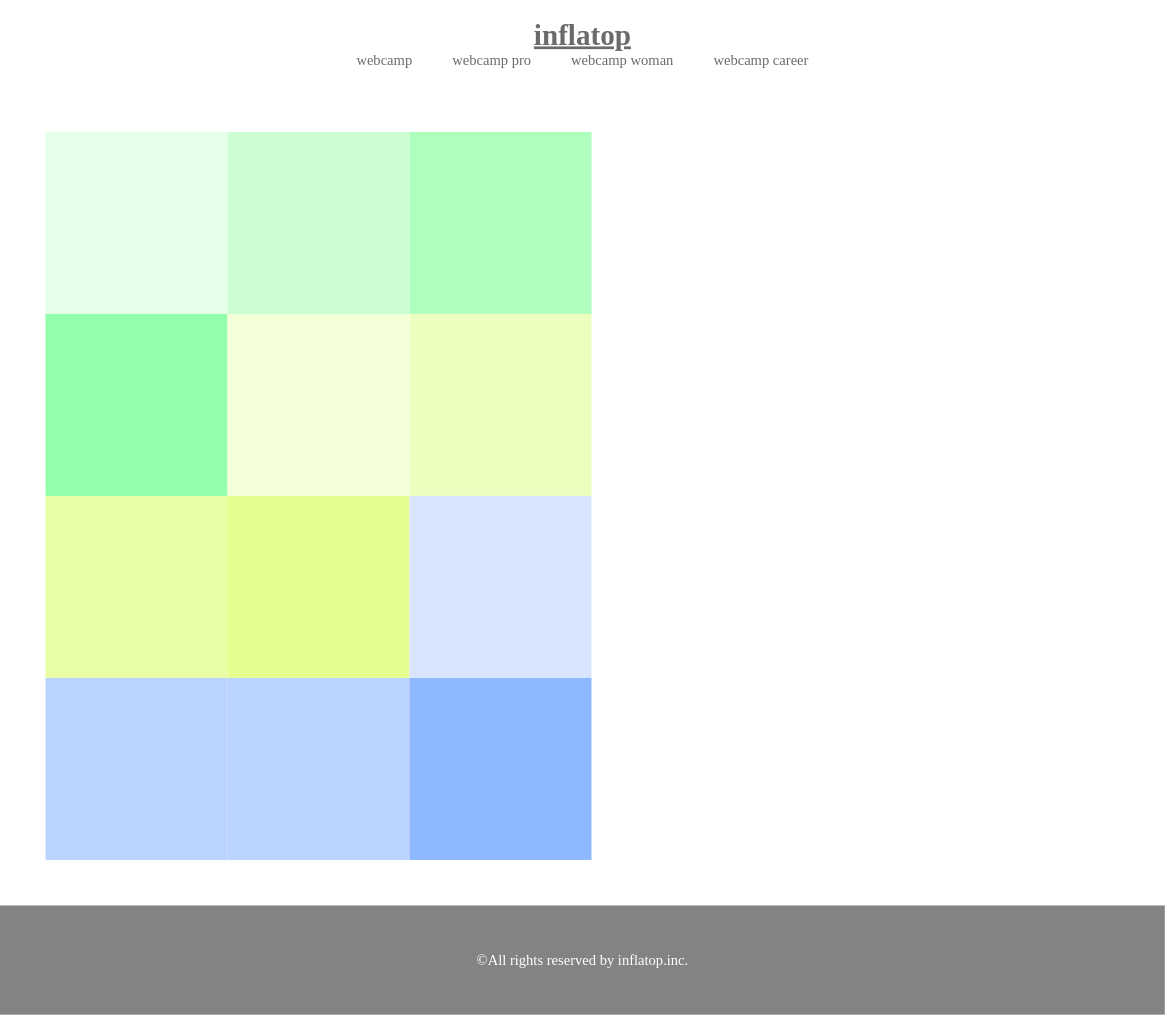
Repository: sunny0105yoko/bookers2-debug
Page: excise5/index.html
The author's editor kept a record of every edit. The page is drawn from the files as they stood at one moment, then again after the next edit.
The browser window is 1280 px wide. The pictures show the whole page, at 91% of full size.

Above is the page before.

### excise5/index.html
<!DOCTYPE html><!DOCTYPE html>
<html lang="ja">
  <head>
    <meta charset="UTF-8" />
    <link rel="stylesheet" href="style.css" />
    <title>Excise5</title>
  </head>

  <header>
    <h1 class="heading">
      <a href="https://web-camp.online/lesson/curriculums/283/contents/2682">
        inflatop
      </a>
    </h1>
    <nav>
      <ul class="nav-list">
        <li class="nav-list-item">webcamp</li>
        <li class="nav-list-item">webcamp pro</li>
        <li class="nav-list-item">webcamp woman</li>
        <li class="nav-list-item">webcamp career</li>
      </ul>
    </nav>
  </header>

  <body>
    <div class="flex">
     <div class="flex-box1"></div>
     <div class="flex-box2"></div>
     <div class="flex-box3"></div>
     <div class="flex-box4"></div>
     <div class="flex-box5"></div>
     <div class="flex-box6"></div>
     <div class="flex-box7"></div>
     <div class="flex-box8"></div>
     <div class="flex-box9"></div>
     <div class="flex-box10"></div>
     <div class="flex-box11"></div>
     <div class="flex-box12"></div>
    </div>

    <footer>
      <p class="footer-text">
        ©All rights reserved by inflatop.inc.
      </p>
    </footer>
  </body>
</html>

### excise5/style.css
*{
  margin:0;
  padding: 0;
  box-sizing:border-box;
  color: #6c6b6b;
}

header{
  width: 100%;
  padding-top: 20px;
  padding-bottom: 20px;
  margin:0 auto;
  text-align: center;
}

.nav-list{
  text-align: center;
  padding 15px 0;
}
.nav-list-item{
  list-style: none;
  display:inline-block;
  padding: 0 20px;
}

.flex{
  display: flex;
  flex-wrap: wrap;
  width: 800px;
  padding:50px;
}

.flex-box1{
  background-color: #e6ffe9;
  width: 200px;
  height: 200px;
}
.flex-box2{
  background-color: #cbffd3;
  width: 200px;
  height: 200px;
}
.flex-box3{
  background-color: #aeffbd;
  width: 200px;
  height: 200px;
}
.flex-box4{
  background-color: #93ffab;
  width: 200px;
  height: 200px;
}
.flex-box5{
  background-color: #f3ffd8;
  width: 200px;
  height: 200px;
}
.flex-box6{
  background-color: #edffbe;
  width: 200px;
  height: 200px;
}
.flex-box7{
  background-color: #e9ffa5;
  width: 200px;
  height: 200px;
}
.flex-box8{
  background-color: #e4ff8d;
  width: 200px;
  height: 200px;
}
.flex-box9{
  background-color: #d9e5ff;
  width: 200px;
  height: 200px;
}
.flex-box10{
  background-color: #bad3ff;
  width: 200px;
  height: 200px;
}
.flex-box11{
  background-color: #bad3ff;
  width: 200px;
  height: 200px;
}
.flex-box12{
  background-color: #8eb8ff;
  width: 200px;
  height: 200px;
}

footer{
  width: 100%;
  height: 120px;
  text-align: center;
  line-height: 120px;
  background-color: #848282;
}
.footer-text {
  color: #fff;
}

After the next edit:
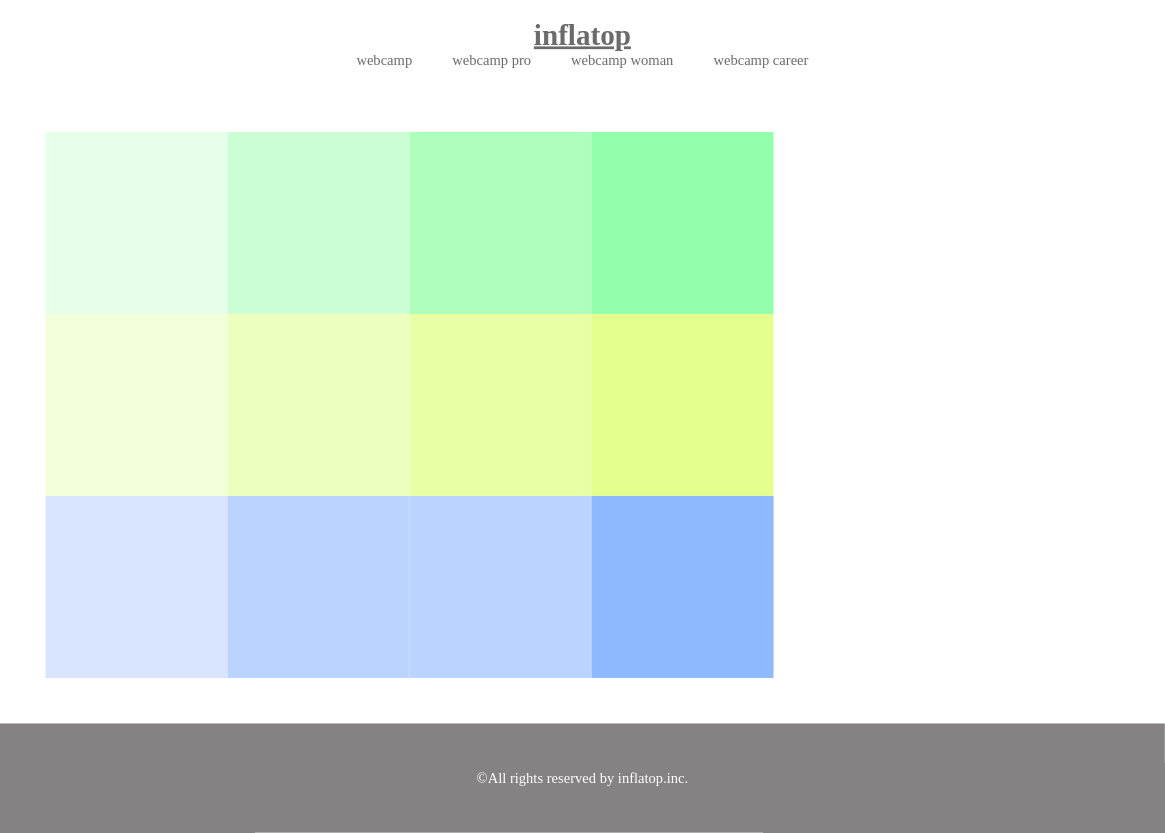
The edit:
--- a/excise5/style.css
+++ b/excise5/style.css
@@ -26,8 +26,9 @@
 .flex{
   display: flex;
   flex-wrap: wrap;
-  width: 800px;
-  padding:50px;
+  width: 900px;
+  padding:50px 0;
+  justify-content: center;
 }
 
 .flex-box1{
